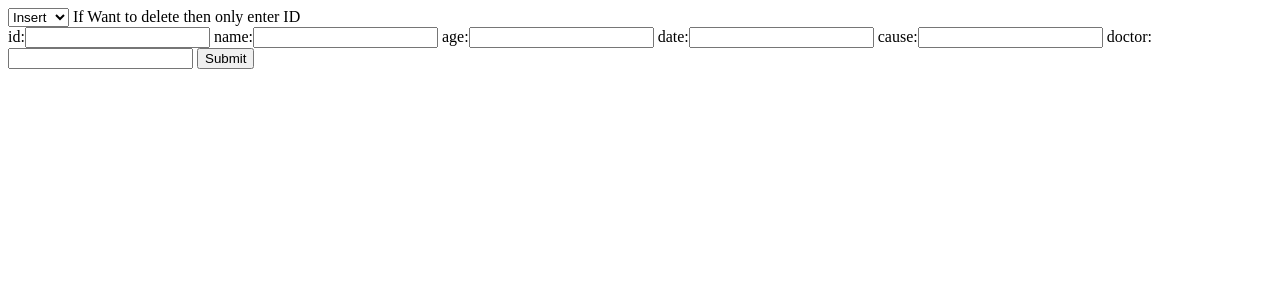
Repository: utkarsh-002/J2EE
Page: http://localhost/patient/info.jsp
These files come from the project's save history. The page is drawn as it stood at one moment and after the next save; the edit follows.
The browser window is 1280 px wide. The pictures show the whole page.
The page is served by Tomcat 10. Other server files are loaded and not shown.

Above is the page before, as saved 2022-08-10 20:18:23.

### Itreturns/patient/src/main/webapp/info.jsp
<%@ page language="java" contentType="text/html; charset=ISO-8859-1"
    pageEncoding="ISO-8859-1"%>
<!DOCTYPE html>
<html>
<head>
<meta charset="ISO-8859-1">
<title>Hospital</title>
</head>
<body>
<form action="input" method="get">
<select name="opt">
<option>Insert</option>
<option>Delete</option>
</select>
If Want to delete then only enter ID<br>
id:<input type="text" name="id">
name:<input type="text" name="name">
age:<input type="text" name="age">
date:<input type="text" name="date">
cause:<input type="text" name="cause">
doctor:<input type="text" name="doctor">
<input type=submit>
</form>
</body>
</html>

After the next save:
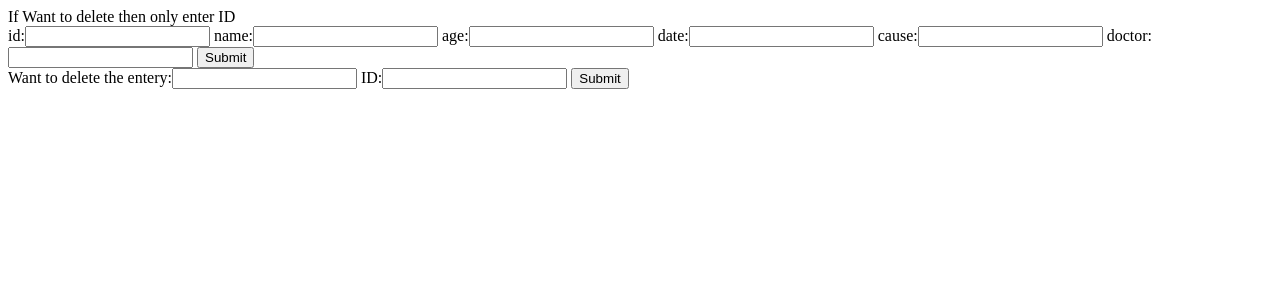
Saved 3 min 32 s later.
--- a/Itreturns/patient/src/main/webapp/info.jsp
+++ b/Itreturns/patient/src/main/webapp/info.jsp
@@ -8,10 +8,6 @@
 </head>
 <body>
 <form action="input" method="get">
-<select name="opt">
-<option>Insert</option>
-<option>Delete</option>
-</select>
 If Want to delete then only enter ID<br>
 id:<input type="text" name="id">
 name:<input type="text" name="name">
@@ -21,5 +17,10 @@ cause:<input type="text" name="cause">
 doctor:<input type="text" name="doctor">
 <input type=submit>
 </form>
+<form action="input">
+Want to delete the entery:<input type="text" name="del">
+ID:<input type="text" name="id">
+<input type=submit>
+</form>
 </body>
 </html>
